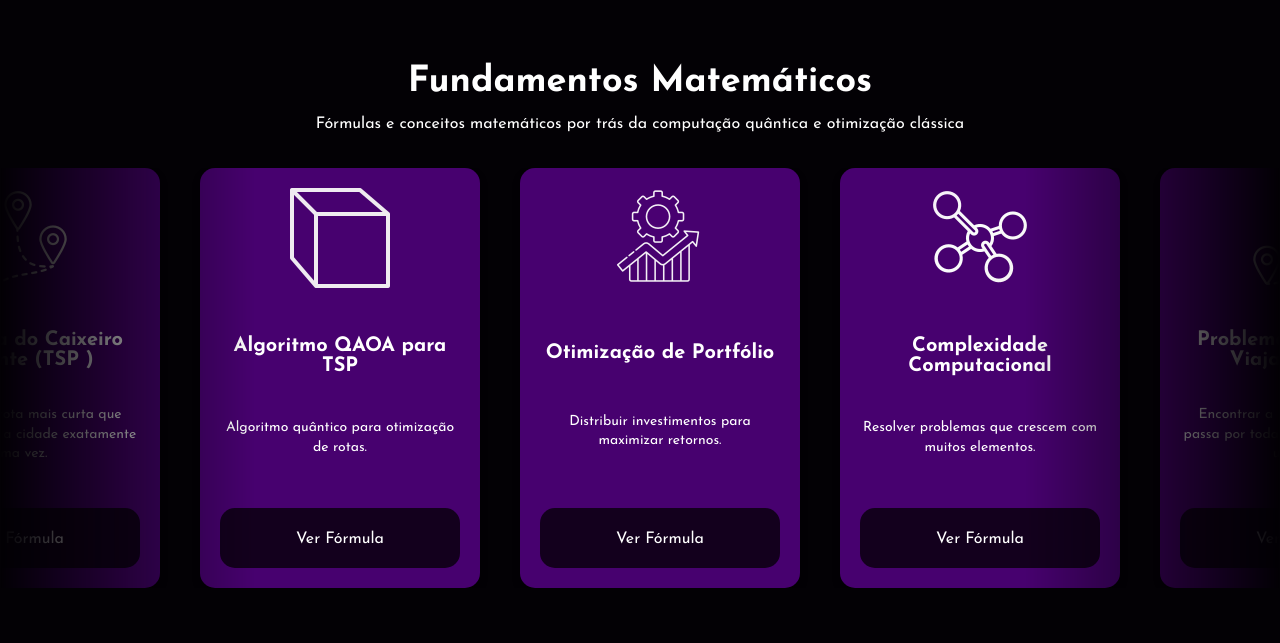
Repository: Everson9/Projeto-de-escalabilidade-quantica-definitivo
Page: fundamentos.html
These files come from the project's save history. The page is drawn as it stood at one moment and after the next save; the edit follows.
The browser window is 1280 px wide. The pictures show the whole page.

Above is the page before, as saved 2025-10-01 13:08:30.

### fundamentos.html
<!DOCTYPE html>
<html lang="pt-br">
<head>
    <meta charset="UTF-8">
    <meta name="viewport" content="width=device-width, initial-scale=1.0">
    <title>Fundamentos Matemáticos</title>
    <link rel="stylesheet" href="fundamentos.css">
    <link href="https://fonts.googleapis.com/css2?family=Josefin+Sans:wght@400;700&display=swap" rel="stylesheet">
</head>
<body>

    <div class="fundamentos-matematicos">
        <h1>Fundamentos Matemáticos</h1>
        <p>Fórmulas e conceitos matemáticos por trás da computação quântica e otimização clássica</p>
    </div>

    <!-- Container do Carrossel -->
    <div class="carousel-container">
        <div class="carousel-track">
            <!-- Cards Originais -->
            <div class="formula_1">
                <img src="imgs_icones/CaixeiroViajante.png" alt="Ícone do Problema do Caixeiro Viajante">
                <h4>Problema do Caixeiro Viajante (TSP )</h4>
                <p>Encontrar a rota mais curta que passa por toda a cidade exatamente uma vez.</p>
                <button class="button"><a href="caixeiro.html">Ver Fórmula</a></button>
            </div>
            <div class="formula_1">
                <img src="imgs_icones/QAOA.png" alt="Ícone do Algoritmo QAOA">
                <h4>Algoritmo QAOA para TSP</h4>
                <p>Algoritmo quântico para otimização de rotas.</p>
                <button class="button"><a href="AlgoritmoQAOA.html">Ver Fórmula</a></button>
            </div>
            <div class="formula_1">
                <img src="imgs_icones/OtimizacaoPortfolio.png" alt="Ícone de Otimização de Portfólio">
                <h4>Otimização de Portfólio</h4>
                <p>Distribuir investimentos para maximizar retornos.</p>
                <button class="button"><a href="Portifolio.html">Ver Fórmula</a></button>
            </div>
            <div class="formula_1">
                <img src="imgs_icones/ComplexidadeComputacional.png" alt="Ícone de Complexidade Computacional">
                <h4>Complexidade Computacional</h4>
                <p>Resolver problemas que crescem com muitos elementos.</p>
                <button class="button"><a href="Complexidade.html">Ver Fórmula</a></button>
            </div>

            <!-- Cards Duplicados para o Efeito Infinito -->
            <div class="formula_1">
                <img src="imgs_icones/CaixeiroViajante.png" alt="Ícone do Problema do Caixeiro Viajante">
                <h4>Problema do Caixeiro Viajante (TSP)</h4>
                <p>Encontrar a rota mais curta que passa por toda a cidade exatamente uma vez.</p>
                <button class="button"><a href="caixeiroviajante.html">Ver Fórmula</a></button>
            </div>
            <div class="formula_1">
                <img src="imgs_icones/QAOA.png" alt="Ícone do Algoritmo QAOA">
                <h4>Algoritmo QAOA para TSP</h4>
                <p>Algoritmo quântico para otimização de rotas.</p>
                <button class="button"><a href="AlgoritmoQAOA.html">Ver Fórmula</a></button>
            </div>
            <div class="formula_1">
                <img src="imgs_icones/OtimizacaoPortfolio.png" alt="Ícone de Otimização de Portfólio">
                <h4>Otimização de Portfólio</h4>
                <p>Distribuir investimentos para maximizar retornos.</p>
                <button class="button"><a href="Portifolio.html">Ver Fórmula</a></button>
            </div>
            <div class="formula_1">
                <img src="imgs_icones/ComplexidadeComputacional.png" alt="Ícone de Complexidade Computacional">
                <h4>Complexidade Computacional</h4>
                <p>Resolver problemas que crescem com muitos elementos.</p>
                <button class="button"><a href="Complexidade.html">Ver Fórmula</a></button>
            </div>
        </div>
    </div>

    </div> <script src="scripts.js"></script>

</body>
</html>

### fundamentos.css
body {
    background-color: #030105;
    font-family: 'Josefin Sans', sans-serif;
    color: #fff;
    margin: 0;
    padding: 0;
    display: flex;
    flex-direction: column;
    align-items: center;
    justify-content: flex-start;
    overflow-x: hidden; /* Esconde a barra de rolagem horizontal */
}

.fundamentos-matematicos {
    text-align: center;
    color: white;
    margin-top: 40px;
    margin-bottom: 20px;
}

h1 {
    font-size: 36px;
    margin-bottom: 10px;
}

/* Estilos dos Cards */
.formula_1 {
    width: 240px;
    height: 380px;
    background-color: #7703BA96;
    border-radius: 15px;
    padding: 20px;
    display: flex;
    flex-direction: column;
    justify-content: space-between;
    box-shadow: 0 4px 8px rgba(0, 0, 0, 0.2);
    margin: 0 20px; /* Espaçamento entre os cards */
    flex-shrink: 0; /* Impede que os cards encolham */
}

.formula_1 h4 {
    font-size: 20px;
    margin-bottom: 10px;
    text-align: center;
}

.formula_1 img {
    width: 100px;
    height: 100px;
    margin: 0 auto;
}

.formula_1 p {
    text-align: center;
    font-size: 14px;
    line-height: 1.4;
    margin-top: 10px;
}

.button {
    background-color: #030105C2;
    border: none;
    padding: 10px;
    color: white;
    font-size: 16px;
    text-align: center;
    height: 60px;
    border-radius: 15px;
    cursor: pointer;
    text-decoration: none;
    margin-top: 15px;
    transition: background-color 0.3s;
    text-decoration: none;
}

.button:hover {
    background-color: #ffffffc2;
    color: #030105;
    text-decoration: none;

}

.button a {
    text-decoration: none;
    color: inherit; /* Para garantir que a cor do link herde a cor do botão */
     font-family: 'Josefin Sans', sans-serif;
}

/* --- Novas Classes para o Carrossel --- */

.carousel-container {
    width: 100%;
    display: flex;
    justify-content: flex-start; /* Alinha a trilha no início */
    overflow: hidden; /* Essencial para esconder o que está fora da tela */
    -webkit-mask-image: linear-gradient(to right, transparent, black 20%, black 80%, transparent);
    mask-image: linear-gradient(to right, transparent, black 20%, black 80%, transparent);
}

.carousel-track {
    display: flex; /* Coloca os cards em linha */
    animation: scroll 40s linear infinite; /* Aplica a animação */
}

.carousel-container:hover .carousel-track {
    animation-play-state: paused; /* Pausa a animação ao passar o mouse */
}

/* Animação de Rolagem */
@keyframes scroll {
    0% {
        transform: translateX(0);
    }
    100% {
        /* Move a trilha para a esquerda pelo tamanho exato da primeira metade dos cards */
        /* (240px de largura + 40px de margem) * 4 cards = 1120px */
        transform: translateX(calc(-280px * 4));
    }
}

### scripts.js
// Aguarda o conteúdo da página ser totalmente carregado
window.addEventListener('DOMContentLoaded', (event) => {

    // =======================================================
    // SCRIPT PARA ANIMAR O TÍTULO STICKY (ENTRADA E SAÍDA)
    // =======================================================

    // 1. Seleciona os elementos que vamos usar
    const stickyTitle = document.querySelector('.comparison-section h2');
    const footer = document.querySelector('.site-footer'); // Nosso novo gatilho de SAÍDA

    // Se algum dos elementos não existir, não faz nada para evitar erros.
    if (!stickyTitle || !footer) {
        return;
    }

    // --- OBSERVADOR 1: Para a animação de ENTRADA do título ---
    // Este observador só vai rodar UMA VEZ.
    const entryObserver = new IntersectionObserver((entries) => {
        entries.forEach(entry => {
            // Se o título estiver visível na tela...
            if (entry.isIntersecting) {
                // ...adiciona a classe para ele aparecer...
                stickyTitle.classList.add('is-visible');
                // ...e para de observar para não rodar de novo.
                entryObserver.unobserve(entry.target);
            }
        });
    }, {
        threshold: 0.1 // A animação começa quando 10% do título estiver visível
    });

    // Inicia a observação do TÍTULO para a animação de entrada
    entryObserver.observe(stickyTitle);


    // --- OBSERVADOR 2: Para a animação de SAÍDA do título ---
    // Este observador fica ativo o tempo todo, vigiando o rodapé.
    const exitObserver = new IntersectionObserver((entries) => {
        entries.forEach(entry => {
            // Se o RODAPÉ estiver visível na tela...
            if (entry.isIntersecting) {
                // ...REMOVE a classe do título para ele desaparecer.
                stickyTitle.classList.remove('is-visible');
            } else {
                // Se o RODAPÉ NÃO estiver visível (rolamos para cima)...
                // ...ADICIONA a classe de volta para o título reaparecer.
                stickyTitle.classList.add('is-visible');
            }
        });
    }, {
        threshold: 0.1 // Aciona quando 10% do rodapé estiver visível
    });

    // Inicia a observação do RODAPÉ para a animação de saída
    exitObserver.observe(footer);

});

After the next save:
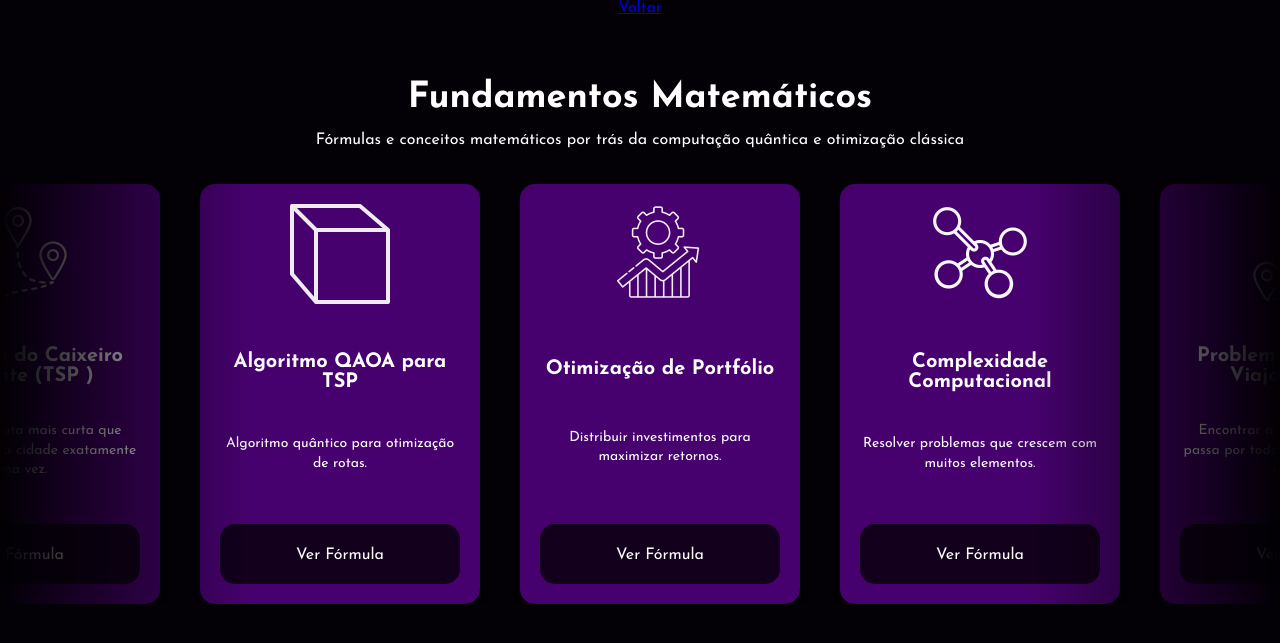
Saved 2 h 3 min later.
--- a/fundamentos.html
+++ b/fundamentos.html
@@ -8,6 +8,9 @@
     <link href="https://fonts.googleapis.com/css2?family=Josefin+Sans:wght@400;700&display=swap" rel="stylesheet">
 </head>
 <body>
+
+    <!-- Botão Voltar -->
+<a href="index.html" class="voltar-button">Voltar</a>
 
     <div class="fundamentos-matematicos">
         <h1>Fundamentos Matemáticos</h1>
